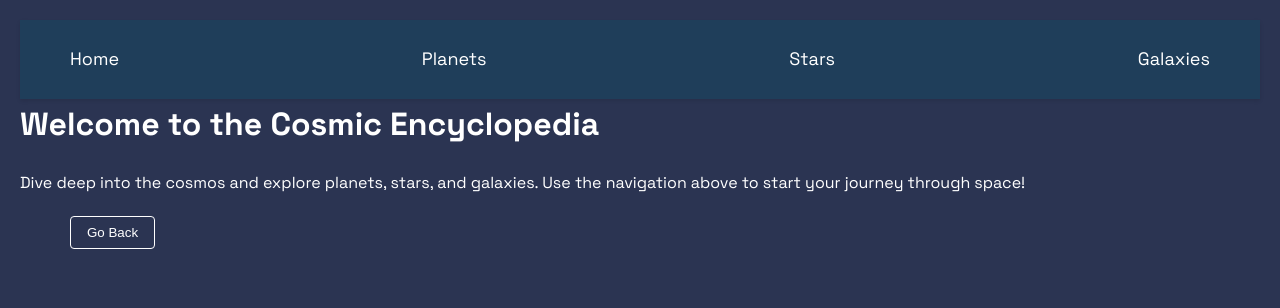
Repository: rmdayberry/Cosmic-Encyclopedia
Page: /
The author's editor kept a copy of each file at every save. The page is drawn from the files as they stood at one save, then again after the next save.
The browser window is 1280 px wide. The pictures show the whole page.
The project was rebuilt for these pictures with package versions that can differ from the ones it lists, and the page was loaded fresh each time. Also part of the build but not shown: vite.config.js, src/data/celestialData.js, src/pages/ContentPage.jsx.

Above is the page before, as saved 2024-08-31 16:21:04.

After the next save:
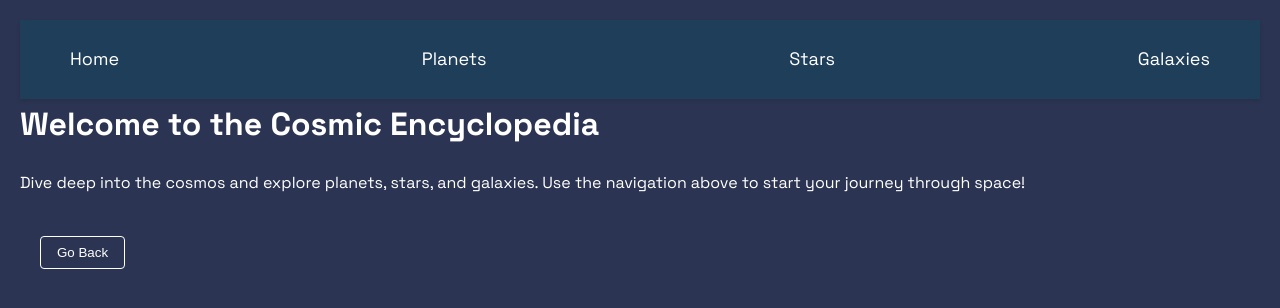
Saved 2 min 46 s later.
--- a/src/index.css
+++ b/src/index.css
@@ -62,16 +62,23 @@ button:hover {
 }
 
 .nav-bar a:hover {
-  color: orangered;
+  color: var(--secondary);
+  background-color: var(--accent);
 }
 
 .backBtn {
+  margin: 20px;
+  padding: 8px 16px;
   background-color: var(--secondary);
-  transition: color 0.3s;
-  margin-left: 50px;
+  color: white;
+  border: 1px solid white;
+  border-radius: 4px;
+  cursor: pointer;
+  transition: background-color 0.3s, transform 0.2s;
 }
 .backBtn:hover {
-  background-color: orangered;
+  background-color: var(--accent);
+  transform: translateY(-2px);
 }
 
 /* .content-title {
